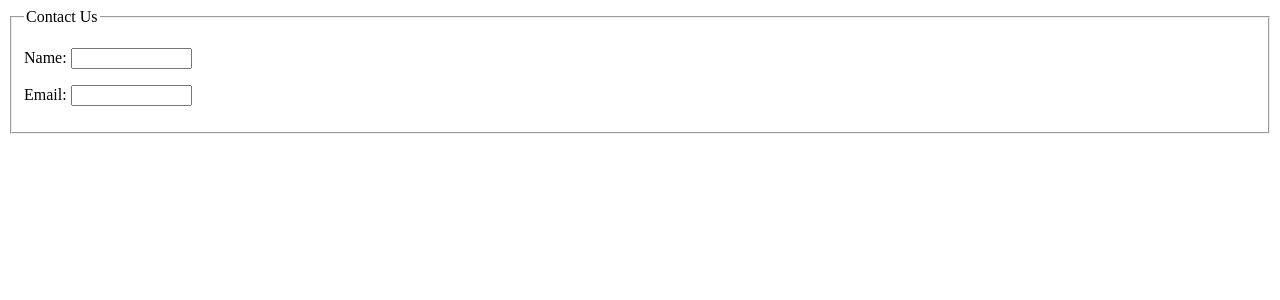
Repository: samuraijane/dc-builders
Page: week6/1-tuesday/homework/exercise2/index.html
An editor plug-in stored every save of this project. The page is shown before and after a run of saves, followed by the edit.
The browser window is 1280 px wide. The pictures show the whole page.

Above is the page before, as saved 2020-08-13 17:37:57.

After the next 2 saves:
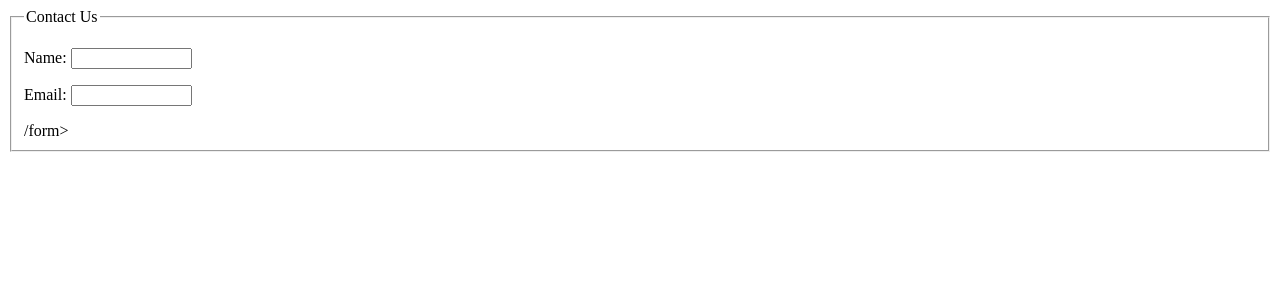
The 2 saves are shown as one change because they came seconds apart.
The last was saved 11 s later.
--- a/week6/1-tuesday/homework/exercise2/index.html
+++ b/week6/1-tuesday/homework/exercise2/index.html
@@ -24,8 +24,7 @@
                 minlength="4" maxlength="10" size="12">
       </p>
 
-
-
+      /form>
     </fieldset>
     <script src="script.js"></script>
   </body>

After the save that followed:
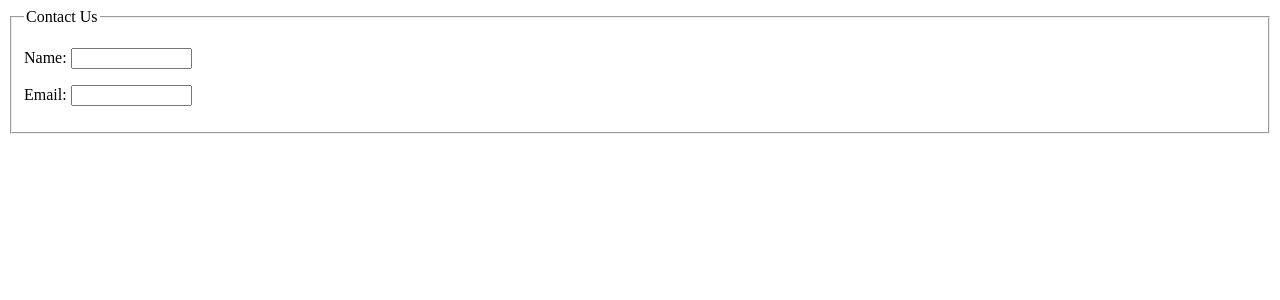
Saved 5 s later.
--- a/week6/1-tuesday/homework/exercise2/index.html
+++ b/week6/1-tuesday/homework/exercise2/index.html
@@ -24,7 +24,7 @@
                 minlength="4" maxlength="10" size="12">
       </p>
 
-      /form>
+    </form>
     </fieldset>
     <script src="script.js"></script>
   </body>
